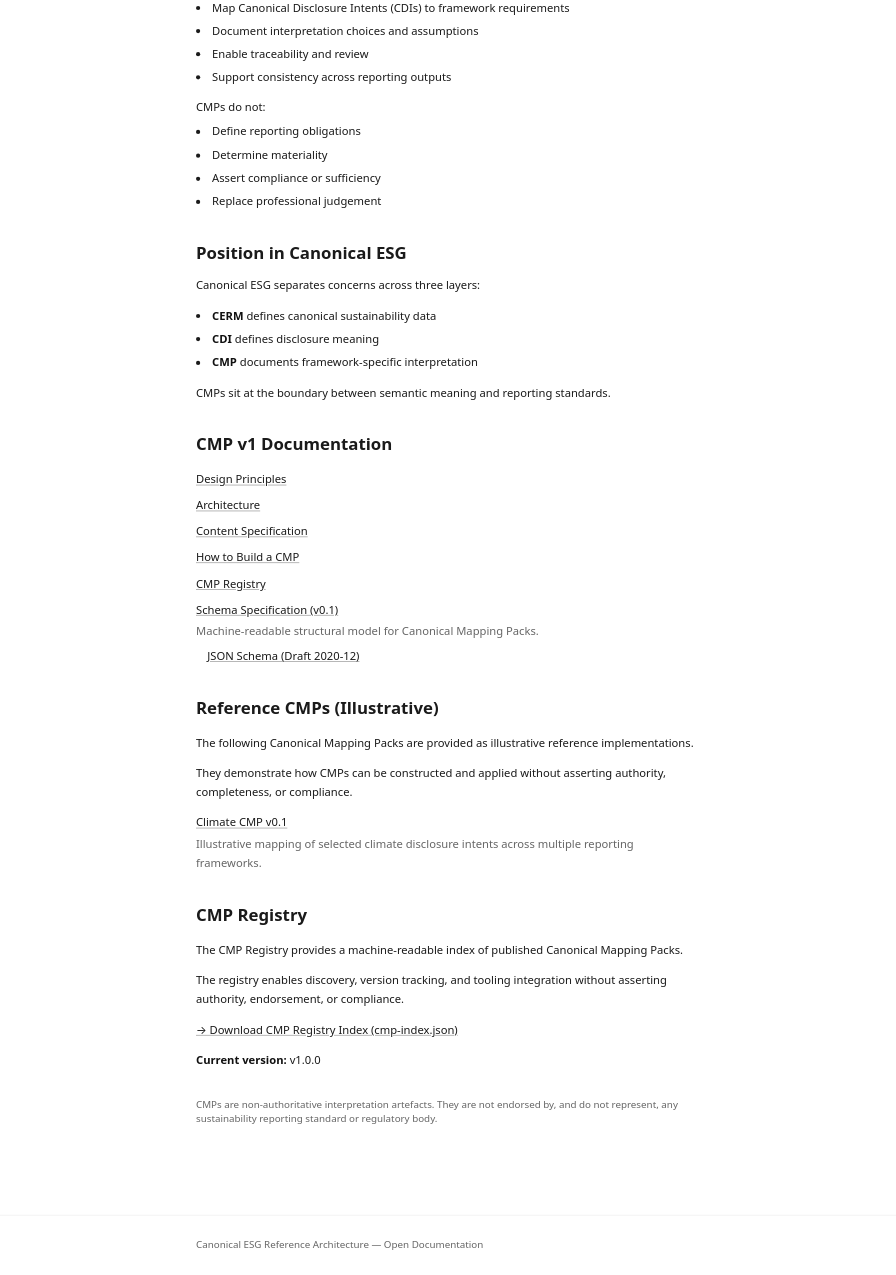
Repository: udaysxd/canonicalesg
Page: /cmp
These files come from the project's save history. The page is drawn as it stood at one moment and after the next save; the edit follows.
The browser window is 1280 px wide. The pictures show the part of the page from y = 788 to 2708 px (the page is 2609 px tall before and 2708 px after), at 70% of full size.
The project was rebuilt for these pictures with package versions that can differ from the ones it lists, and the page was loaded fresh each time. The framework's server and built-in components were replaced by stand-ins that run in the browser. Also part of the build but not shown: next.config.ts.

Above is the page before, as saved 2026-02-02 18:52:30.

After the next save:
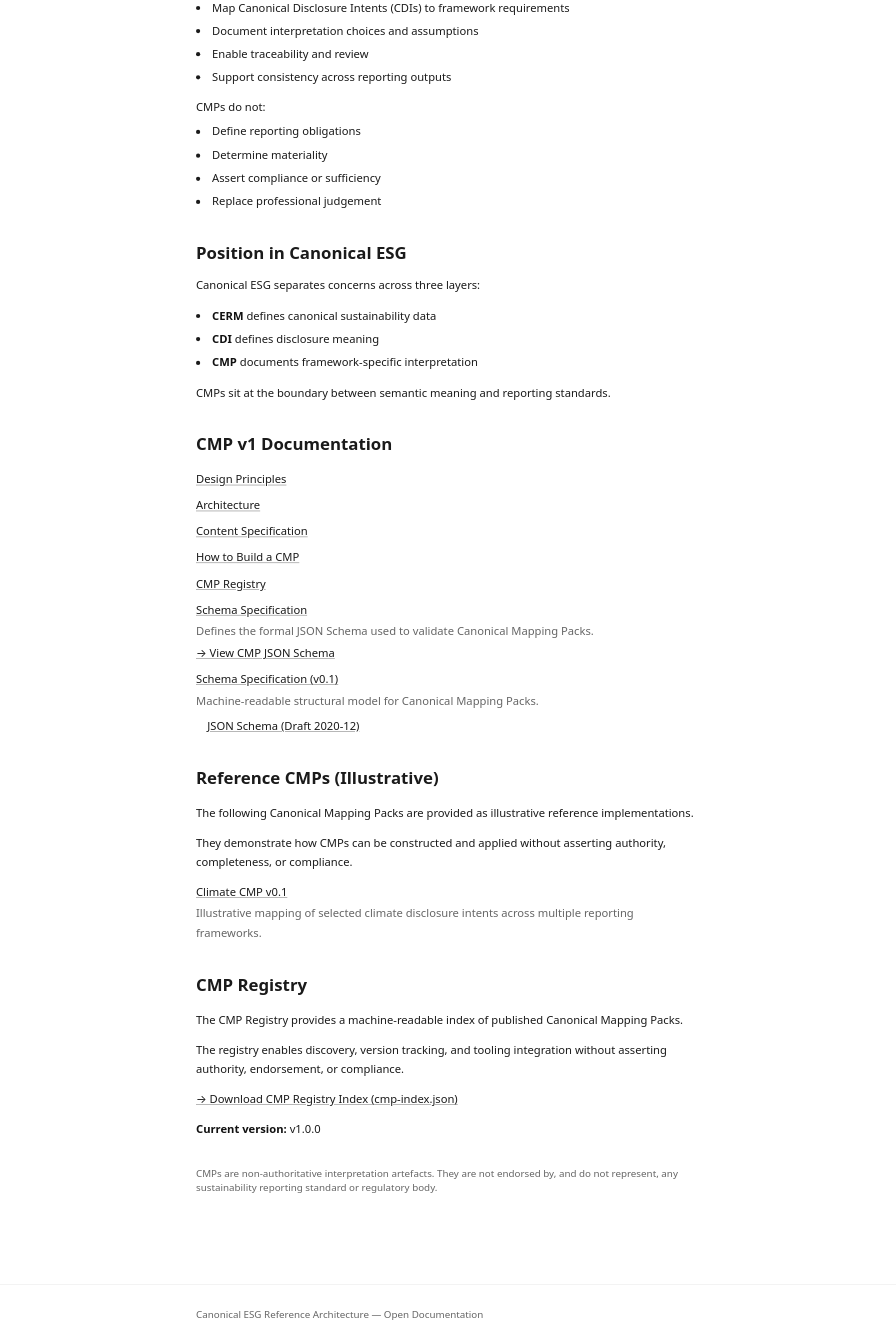
Saved 11 min 12 s later.
--- a/src/app/cmp/page.tsx
+++ b/src/app/cmp/page.tsx
@@ -68,6 +68,13 @@ export default function CMPPage() {
             </li>
           ))}
           <li>
+            <Link href="/cmp/v1/04-schema-specification" className="text-[#1a1a1a] underline underline-offset-[0.15em] decoration-[#999] hover:decoration-[#1a1a1a]">Schema Specification</Link>
+            <p className="text-[#666] mt-1">Defines the formal JSON Schema used to validate Canonical Mapping Packs.</p>
+            <p className="mt-1">
+              <Link href="/cmp/v1/04-schema-specification" className="text-[#1a1a1a] underline underline-offset-[0.15em] decoration-[#999] hover:decoration-[#1a1a1a]">→ View CMP JSON Schema</Link>
+            </p>
+          </li>
+          <li>
             <Link href="/cmp/v1/04-schema-specification" className="text-[#1a1a1a] underline underline-offset-[0.15em] decoration-[#999] hover:decoration-[#1a1a1a]">Schema Specification (v0.1)</Link>
             <p className="text-[#666] mt-1">Machine-readable structural model for Canonical Mapping Packs.</p>
             <ul className="mt-2 ml-4">
